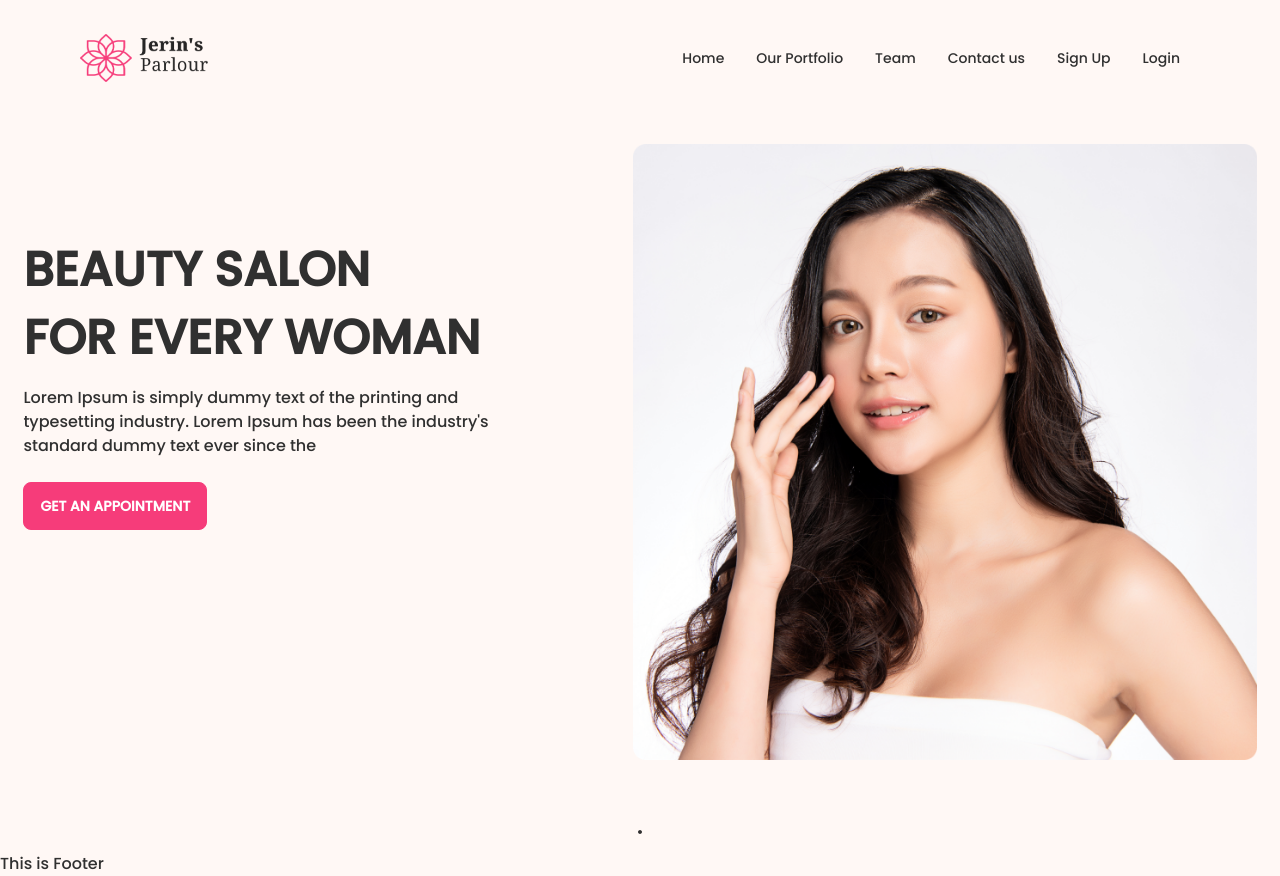
Repository: Wahid137/jerins-parlour-client
Page: /
These files come from the project's save history. The page is drawn as it stood at one moment and after the next save; the edit follows.
The browser window is 1280 px wide. The pictures show the whole page.
The page's requests for data from a server got no answer. The project was rebuilt for these pictures with package versions that can differ from the ones it lists, and the page was loaded fresh each time. No one was signed in, and anything a server would have sent is missing. Also part of the build but not shown: src/App.css, src/Pages/Home/Services/ServicesCard.js.

Above is the page before, as saved 2023-07-16 03:15:24.

### public/index.html
<!DOCTYPE html>
<html lang="en">
  <head>
    <meta charset="utf-8" />
    <link rel="icon" href="%PUBLIC_URL%/favicon.ico" />
    <meta name="viewport" content="width=device-width, initial-scale=1" />
    <meta name="theme-color" content="#000000" />
    <meta
      name="description"
      content="Web site created using create-react-app"
    />
    <link rel="preconnect" href="https://fonts.googleapis.com">
    <link rel="preconnect" href="https://fonts.gstatic.com" crossorigin>
    <link href="https://fonts.googleapis.com/css2?family=Poppins:wght@500&display=swap" rel="stylesheet">
    <link rel="apple-touch-icon" href="%PUBLIC_URL%/logo192.png" />
    <!--
      manifest.json provides metadata used when your web app is installed on a
      user's mobile device or desktop. See https://developers.google.com/web/fundamentals/web-app-manifest/
    -->
    <link rel="manifest" href="%PUBLIC_URL%/manifest.json" />
    <!--
      Notice the use of %PUBLIC_URL% in the tags above.
      It will be replaced with the URL of the `public` folder during the build.
      Only files inside the `public` folder can be referenced from the HTML.

      Unlike "/favicon.ico" or "favicon.ico", "%PUBLIC_URL%/favicon.ico" will
      work correctly both with client-side routing and a non-root public URL.
      Learn how to configure a non-root public URL by running `npm run build`.
    -->
    <title>React App</title>
  </head>
  <body>
    <noscript>You need to enable JavaScript to run this app.</noscript>
    <div id="root"></div>
    <!--
      This HTML file is a template.
      If you open it directly in the browser, you will see an empty page.

      You can add webfonts, meta tags, or analytics to this file.
      The build step will place the bundled scripts into the <body> tag.

      To begin the development, run `npm start` or `yarn start`.
      To create a production bundle, use `npm run build` or `yarn build`.
    -->
  </body>
</html>

### src/index.js
import React from 'react';
import ReactDOM from 'react-dom/client';
import './index.css';
import App from './App';
import reportWebVitals from './reportWebVitals';
import { QueryClient, QueryClientProvider } from '@tanstack/react-query'


// Create a client
const queryClient = new QueryClient()

const root = ReactDOM.createRoot(document.getElementById('root'));
root.render(
  <React.StrictMode>
    <QueryClientProvider client={queryClient}>
      <App />
    </QueryClientProvider>
  </React.StrictMode>
);

// If you want to start measuring performance in your app, pass a function
// to log results (for example: reportWebVitals(console.log))
// or send to an analytics endpoint. Learn more: https://bit.ly/CRA-vitals
reportWebVitals();

### src/index.css
@tailwind base;
@tailwind components;
@tailwind utilities;

body {
  background-color: #FFF8F5;
  margin: 0;
  font-family: -apple-system, BlinkMacSystemFont, 'Segoe UI', 'Roboto', 'Oxygen',
    'Ubuntu', 'Cantarell', 'Fira Sans', 'Droid Sans', 'Helvetica Neue',
    sans-serif;
    font-family: 'Poppins', sans-serif;
  -webkit-font-smoothing: antialiased;
  -moz-osx-font-smoothing: grayscale;
}

code {
  font-family: source-code-pro, Menlo, Monaco, Consolas, 'Courier New',
    monospace;
}

### src/App.js
import logo from './logo.svg';
import './App.css';
import { RouterProvider } from 'react-router-dom';
import router from './Routes/Routes/Routes';
import { Toaster } from 'react-hot-toast';

function App() {
  return (
    <div className="max-w-[1440px] mx-auto">
      <RouterProvider router={router}></RouterProvider>
      <Toaster></Toaster>
    </div>
  );
}

export default App;

### src/Routes/Routes/Routes.js
const { createBrowserRouter } = require("react-router-dom");
const { default: Main } = require("../../Layout/Main");
const { default: Home } = require("../../Pages/Home/Home/Home");

const router = createBrowserRouter([
    {
        path: '/',
        element: <Main></Main>,
        children: [
            {
                path: '/',
                element: <Home></Home>
            }
        ]
    }
])
export default router;

### src/Layout/Main.js
import React from 'react';
import Navbar from '../Shared/Navbar/Navbar';
import { Outlet } from 'react-router-dom';
import Footer from '../Shared/Footer/Footer';

const Main = () => {
    return (
        <div>
            <Navbar></Navbar>
            <Outlet></Outlet>
            <Footer></Footer>
        </div>
    );
};

export default Main;

### src/Shared/Navbar/Navbar.js
import React from 'react';
import logo from '../../assets/logo.png';
import { Link } from 'react-router-dom';

const Navbar = () => {
    const menuItem = <>
        <li><Link to="/">Home</Link></li>
        <li><Link to="/portfolio">Our Portfolio</Link></li>
        <li><Link to="/team">Team</Link></li>
        <li><Link to="/dashboard">Contact us</Link></li>
        <li><Link to="/signup">Sign Up</Link></li>
        <li><Link to="/login">Login</Link></li>

    </>
    return (
        <div className="navbar flex justify-between px-20 pt-8">
            <div className="navbar-start">
                <div className="dropdown">
                    <label tabIndex={0} className="btn btn-ghost lg:hidden">
                        <svg xmlns="http://www.w3.org/2000/svg" className="h-5 w-5" fill="none" viewBox="0 0 24 24" stroke="currentColor"><path strokeLinecap="round" strokeLinejoin="round" strokeWidth="2" d="M4 6h16M4 12h8m-8 6h16" /></svg>
                    </label>
                    <ul tabIndex={1} className="menu menu-sm dropdown-content mt-3 z-[1] p-2 shadow bg-base-100 rounded-box w-52">
                        {menuItem}
                    </ul>
                </div>
                <Link to="/" className="w-32">
                    <img src={logo} alt="" />
                </Link>
            </div>
            <div className="navbar-center hidden lg:flex">
                <ul className="menu menu-horizontal px-1">
                    {menuItem}
                </ul>
            </div>
            <label htmlFor="dashboard-drawer" tabIndex={2} className="btn btn-ghost lg:hidden">
                <svg xmlns="http://www.w3.org/2000/svg" className="h-5 w-5" fill="none" viewBox="0 0 24 24" stroke="currentColor"><path strokeLinecap="round" strokeLinejoin="round" strokeWidth="2" d="M4 6h16M4 12h8m-8 6h16" /></svg>
            </label>

        </div>
    );
};

export default Navbar;

### src/Pages/Home/Banner/Banner.js
import React from 'react';
import woman from '../../../assets/images/woman.png';
import PrimaryButton from '../../../Components/PrimaryButton/PrimaryButton';

const Banner = () => {
    return (
        <div className="hero" >
            <div className="hero-content flex-col lg:flex-row-reverse min-h-screen">

                <img src={woman} className="rounded-lg lg:w-1/2" alt="" />

                <div className='lg:me-32 lg:-mt-32'>
                    <h1 className="text-5xl font-bold mt-0 mb-5">BEAUTY SALON</h1>
                    <h1 className="text-5xl font-bold">FOR EVERY WOMAN</h1>
                    <p className="py-6">Lorem Ipsum is simply dummy text of the printing and <br /> typesetting industry. Lorem Ipsum has been the industry's <br /> standard dummy text ever since the</p>
                    <PrimaryButton>Get an Appointment</PrimaryButton>
                </div>
            </div>
        </div>
    );
};

export default Banner;

### src/Pages/Home/Services/Services.js
import { useQuery } from '@tanstack/react-query';
import React from 'react';
import Loading from '../../../Shared/Loading/Loading';
import ServicesCard from './ServicesCard';

const Services = () => {
    const { data: services = [], refetch, isLoading } = useQuery({
        queryKey: ['services'],
        queryFn: () => fetch('http://localhost:5000/services')
            .then(res => res.json())
    })
    if (isLoading) {
        return <Loading></Loading>
    }

    return (
        <div className='p-0 my-5'>
            <div className='mx-auto mb-4 text-center w-1/2'>
                <p className='text-2xl font-bold'>Our Awesome <span className='text-primary'>Services</span></p>
            </div>
            <div className='grid gap-6 grid-cols-1 md:grid-cols-2 lg:grid-cols-3'>
                {
                    services.map(service => <ServicesCard
                        key={service._id}
                        service={service}
                    ></ServicesCard>)
                }
            </div>
        </div >
    );
};

export default Services;

### src/Components/PrimaryButton/PrimaryButton.js
import React from 'react';

const PrimaryButton = ({ children }) => {
    return (
        <button className="btn btn-primary text-white">{children}</button>
    );
};

export default PrimaryButton;

### src/Shared/Loading/Loading.js
import React from 'react';

const Loading = () => {
    return (
        <div className="flex items-center justify-center">
            <span className="loading loading-ring loading-lg"></span>
        </div>
    );
};

export default Loading;

### tailwind.config.js
/** @type {import('tailwindcss').Config} */
module.exports = {
  content: [
    "./src/**/*.{js,jsx,ts,tsx}",
  ],
  daisyui: {
    themes: [
      {
        parlourTheme: {
          primary: '#F63E7B',
          secondary: '#FFF8F5',
          accent: '##F4F7FC',
          neutral: '#3D4451',
          "base-100": '#FFFFFF',
        }
      }
    ]
  },
  theme: {
    extend: {},
  },
  plugins: [require("daisyui")],
}

Loaded but not shown: src/reportWebVitals.js (common file); src/Pages/Home/Home/Home.js (common file); src/Shared/Footer/Footer.js (common file)

After the next save:
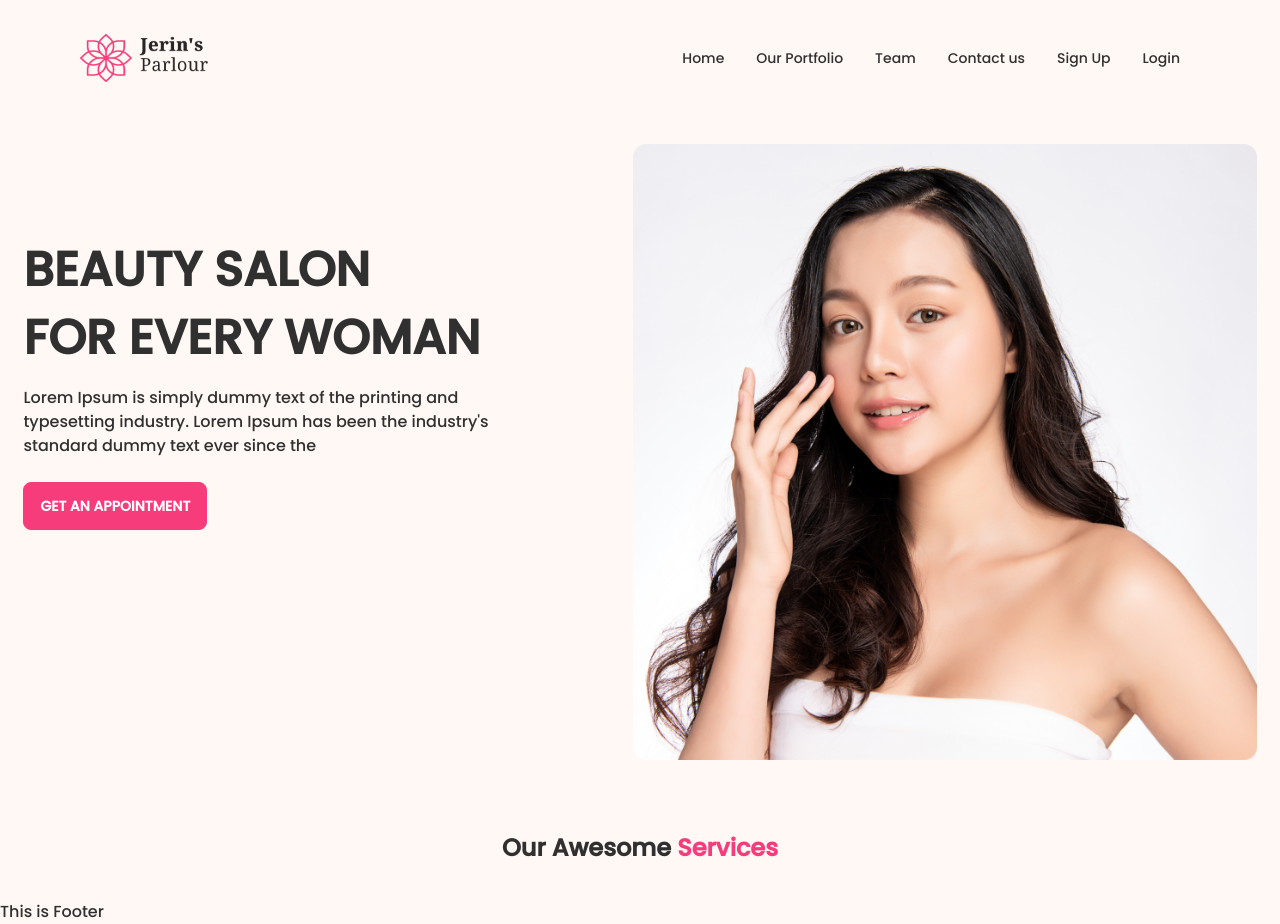
Saved 3 min 33 s later.
--- a/src/Pages/Home/Services/Services.js
+++ b/src/Pages/Home/Services/Services.js
@@ -9,9 +9,7 @@
         queryFn: () => fetch('http://localhost:5000/services')
             .then(res => res.json())
     })
-    if (isLoading) {
-        return <Loading></Loading>
-    }
+
 
     return (
         <div className='p-0 my-5'>

After the save that followed:
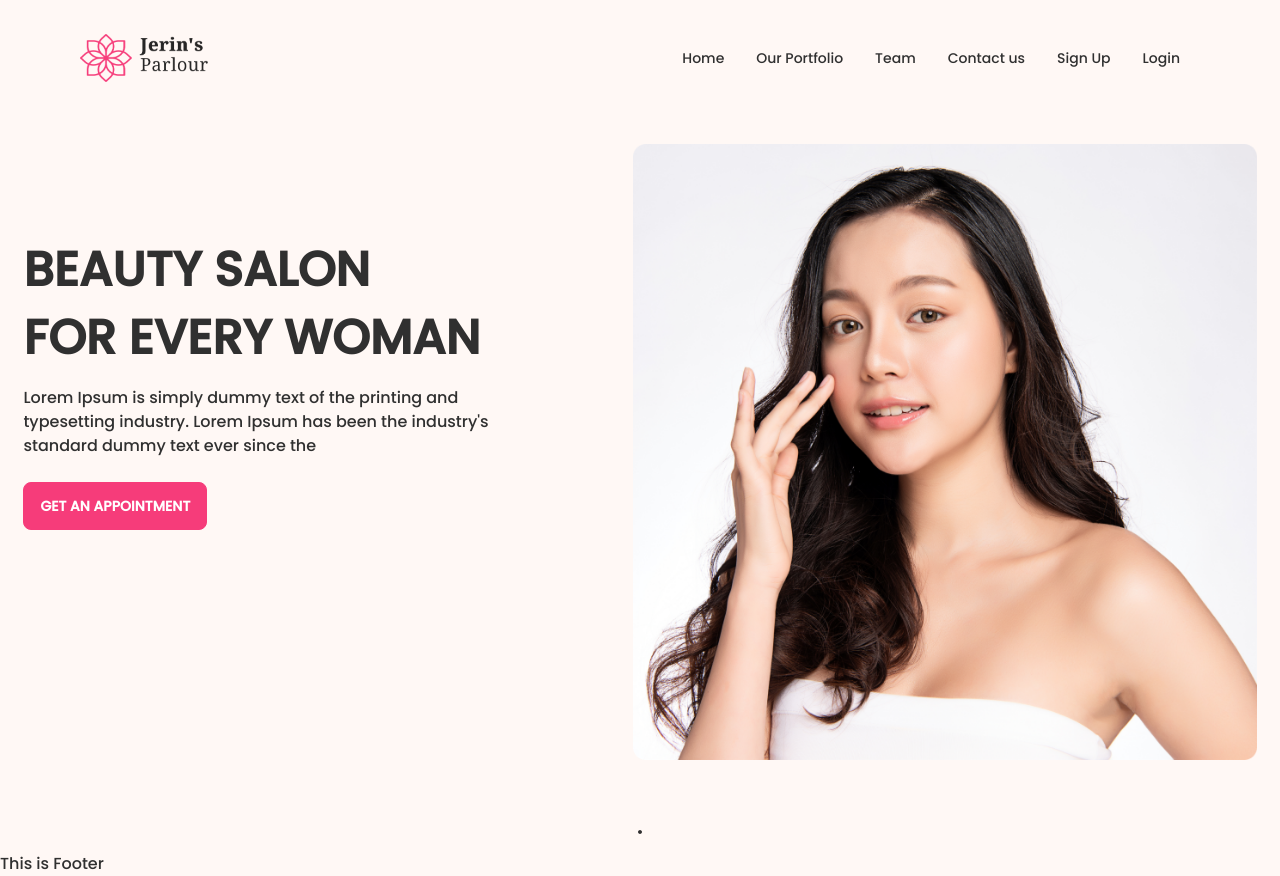
Saved 85 s later.
--- a/src/Pages/Home/Services/Services.js
+++ b/src/Pages/Home/Services/Services.js
@@ -9,7 +9,9 @@
         queryFn: () => fetch('http://localhost:5000/services')
             .then(res => res.json())
     })
-
+    if (isLoading) {
+        return <Loading></Loading>
+    }
 
     return (
         <div className='p-0 my-5'>
@@ -18,10 +20,10 @@
             </div>
             <div className='grid gap-6 grid-cols-1 md:grid-cols-2 lg:grid-cols-3'>
                 {
-                    services.map(service => <ServicesCard
+                    services.map(service => <Services
                         key={service._id}
                         service={service}
-                    ></ServicesCard>)
+                    ></Services>)
                 }
             </div>
         </div >
